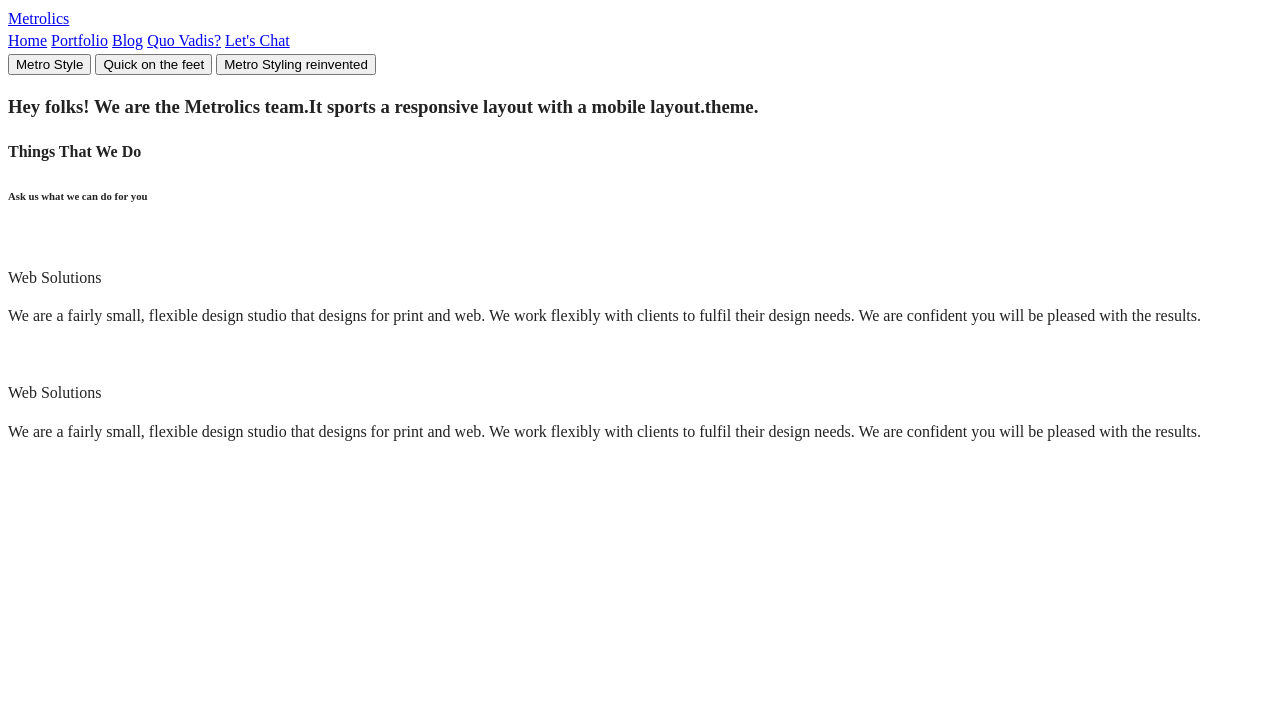
Repository: Angehyy/wk02_site
Page: index.html
An editor plug-in stored every save of this project. The page is shown before and after a run of saves, followed by the edit.
The browser window is 1280 px wide. The pictures show the whole page.

Above is the page before, as saved 2025-01-19 19:37:46.

### index.html
<!doctype html>
<html class="no-js" lang="">

<head>
  <meta charset="utf-8">
  <meta name="viewport" content="width=device-width, initial-scale=1">
  <title>Metrolics</title>
  <link rel="stylesheet" href="css/style.css">
  <meta name="description" content="Learn about Metrolics">

  <meta property="og:title" content="">
  <meta property="og:type" content="">
  <meta property="og:url" content="">
  <meta property="og:image" content="">
  <meta property="og:image:alt" content="">

  <link rel="icon" href="/favicon.ico" sizes="any">
  <link rel="icon" href="/icon.svg" type="image/svg+xml">
  <link rel="apple-touch-icon" href="icon.png">

  <link rel="manifest" href="site.webmanifest">
  <meta name="theme-color" content="#fafafa">
</head>

<body>
  <header>
    <div>
      <a href="#default">Metrolics</a>
      <div>
        <a href="#home">Home</a>
        <a href="#portfolio">Portfolio</a>
        <a href="#blog">Blog</a>
        <a href="#quovadis">Quo Vadis?</a>
        <a href="chat">Let's Chat</a>
      </div>
    </div>
  </header>

  <main>
    <div>
      <button>Metro Style</button>
      <button>Quick on the feet</button>
      <button>Metro Styling reinvented</button>
      <img src="" alt="">
    </div>

    <h3>Hey folks! We are the <span>Metrolics</span> team.It sports a responsive layout with a mobile layout.theme.</h3>

    <section>
      <h4>Things That We Do</h4>
      <h6>Ask us what we can do for you</h6>
    </section>

    <div class="container">
      <div class="item">
        <img src="" alt="">
        <p class="">Web Solutions</p>
        <p>We are a fairly small, flexible design studio that designs for print and web. We work flexibly with clients to fulfil their design needs. We are confident you will be pleased with the results.</p>
      </div>

      <div class="item">
        <img src="" alt="">
        <p class="">Web Solutions</p>
        <p>We are a fairly small, flexible design studio that designs for print and web. We work flexibly with clients to fulfil their design needs. We are confident you will be pleased with the results.</p>
      </div>
    </div>
  </main>

  <script src="js/app.js"></script>

</body>

</html>

### css/style.css
/*! HTML5 Boilerplate v9.0.1 | MIT License | https://html5boilerplate.com/ */

/* main.css 3.0.0 | MIT License | https://github.com/h5bp/main.css#readme */
/*
 * What follows is the result of much research on cross-browser styling.
 * Credit left inline and big thanks to Nicolas Gallagher, Jonathan Neal,
 * Kroc Camen, and the H5BP dev community and team.
 */

/* ==========================================================================
   Base styles: opinionated defaults
   ========================================================================== */

html {
  color: #222;
  font-size: 1em;
  line-height: 1.4;
}

/*
 * Remove text-shadow in selection highlight:
 * https://twitter.com/miketaylr/status/12228805301
 *
 * Customize the background color to match your design.
 */

::-moz-selection {
  background: #b3d4fc;
  text-shadow: none;
}

::selection {
  background: #b3d4fc;
  text-shadow: none;
}

/*
 * A better looking default horizontal rule
 */

hr {
  display: block;
  height: 1px;
  border: 0;
  border-top: 1px solid #ccc;
  margin: 1em 0;
  padding: 0;
}

/*
 * Remove the gap between audio, canvas, iframes,
 * images, videos and the bottom of their containers:
 * https://github.com/h5bp/html5-boilerplate/issues/440
 */

audio,
canvas,
iframe,
img,
svg,
video {
  vertical-align: middle;
}

/*
 * Remove default fieldset styles.
 */

fieldset {
  border: 0;
  margin: 0;
  padding: 0;
}

/*
 * Allow only vertical resizing of textareas.
 */

textarea {
  resize: vertical;
}

/* ==========================================================================
   Author's custom styles
   ========================================================================== */

/* ==========================================================================
   Helper classes
   ========================================================================== */

/*
 * Hide visually and from screen readers
 */

.hidden,
[hidden] {
  display: none !important;
}

/*
 * Hide only visually, but have it available for screen readers:
 * https://snook.ca/archives/html_and_css/hiding-content-for-accessibility
 *
 * 1. For long content, line feeds are not interpreted as spaces and small width
 *    causes content to wrap 1 word per line:
 *    https://medium.com/@jessebeach/beware-smushed-off-screen-accessible-text-5952a4c2cbfe
 */

.visually-hidden {
  border: 0;
  clip: rect(0, 0, 0, 0);
  height: 1px;
  margin: -1px;
  overflow: hidden;
  padding: 0;
  position: absolute;
  white-space: nowrap;
  width: 1px;
  /* 1 */
}

/*
 * Extends the .visually-hidden class to allow the element
 * to be focusable when navigated to via the keyboard:
 * https://www.drupal.org/node/897638
 */

.visually-hidden.focusable:active,
.visually-hidden.focusable:focus {
  clip: auto;
  height: auto;
  margin: 0;
  overflow: visible;
  position: static;
  white-space: inherit;
  width: auto;
}

/*
 * Hide visually and from screen readers, but maintain layout
 */

.invisible {
  visibility: hidden;
}

/*
 * Clearfix: contain floats
 *
 * The use of `table` rather than `block` is only necessary if using
 * `::before` to contain the top-margins of child elements.
 */

.clearfix::before,
.clearfix::after {
  content: "";
  display: table;
}

.clearfix::after {
  clear: both;
}

/* ==========================================================================
   EXAMPLE Media Queries for Responsive Design.
   These examples override the primary ('mobile first') styles.
   Modify as content requires.
   ========================================================================== */

@media only screen and (min-width: 35em) {
  /* Style adjustments for viewports that meet the condition */
}

@media print,
  (-webkit-min-device-pixel-ratio: 1.25),
  (min-resolution: 1.25dppx),
  (min-resolution: 120dpi) {
  /* Style adjustments for high resolution devices */
}

/* ==========================================================================
   Print styles.
   Inlined to avoid the additional HTTP request:
   https://www.phpied.com/delay-loading-your-print-css/
   ========================================================================== */

@media print {
  *,
  *::before,
  *::after {
    background: #fff !important;
    color: #000 !important;
    /* Black prints faster */
    box-shadow: none !important;
    text-shadow: none !important;
  }

  a,
  a:visited {
    text-decoration: underline;
  }

  a[href]::after {
    content: " (" attr(href) ")";
  }

  abbr[title]::after {
    content: " (" attr(title) ")";
  }

  /*
   * Don't show links that are fragment identifiers,
   * or use the `javascript:` pseudo protocol
   */
  a[href^="#"]::after,
  a[href^="javascript:"]::after {
    content: "";
  }

  pre {
    white-space: pre-wrap !important;
  }

  pre,
  blockquote {
    border: 1px solid #999;
    page-break-inside: avoid;
  }

  tr,
  img {
    page-break-inside: avoid;
  }

  p,
  h2,
  h3 {
    orphans: 3;
    widows: 3;
  }

  h2,
  h3 {
    page-break-after: avoid;
  }
}

Loaded but not shown: js/app.js (no stored copy; drawn as an empty file)

After the next 5 saves:
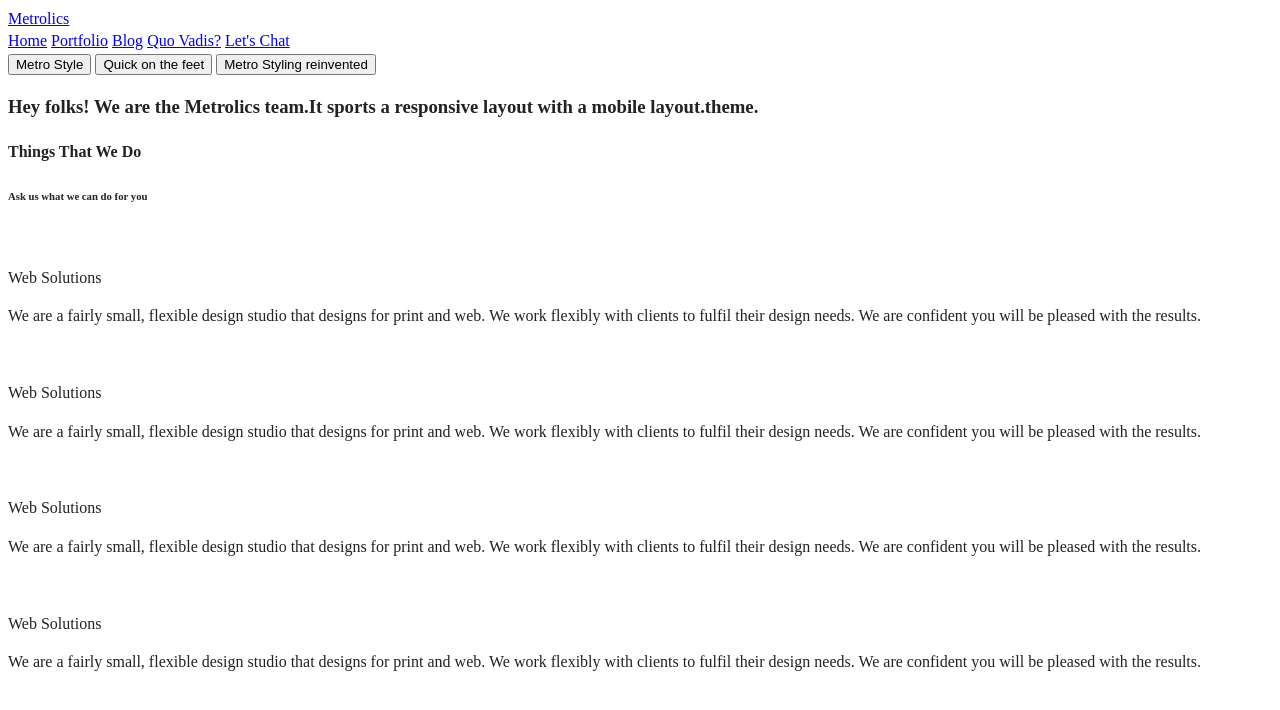
The 5 saves are shown as one change because they came seconds apart.
The last was saved 14 s later.
--- a/index.html
+++ b/index.html
@@ -63,6 +63,17 @@
         <p class="">Web Solutions</p>
         <p>We are a fairly small, flexible design studio that designs for print and web. We work flexibly with clients to fulfil their design needs. We are confident you will be pleased with the results.</p>
       </div>
+
+      <div class="item">
+        <img src="" alt="">
+        <p class="">Web Solutions</p>
+        <p>We are a fairly small, flexible design studio that designs for print and web. We work flexibly with clients to fulfil their design needs. We are confident you will be pleased with the results.</p>
+      </div>
+      <div class="item">
+        <img src="" alt="">
+        <p class="">Web Solutions</p>
+        <p>We are a fairly small, flexible design studio that designs for print and web. We work flexibly with clients to fulfil their design needs. We are confident you will be pleased with the results.</p>
+      </div>
     </div>
   </main>
 
